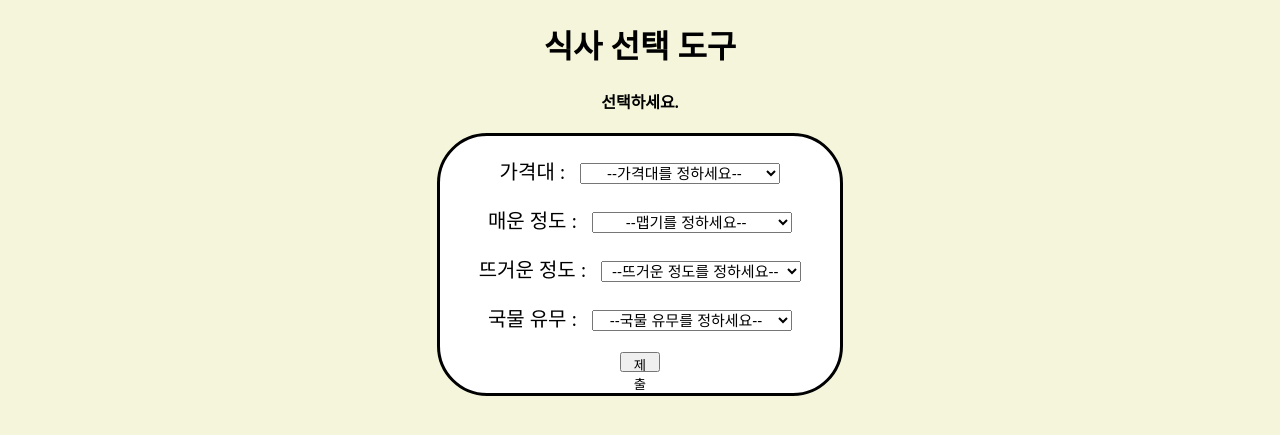
Repository: kimgh06/JavaWeb
Page: http://localhost/what/
An editor plug-in stored every save of this project. The page is shown before and after the next save, followed by the edit.
The browser window is 1280 px wide. The pictures show the whole page.
The page is served by Tomcat 9. Other server files are loaded and not shown.

Above is the page before, as saved 2022-11-04 01:20:08.

### what/src/main/webapp/index.jsp
<%@ page language="java" contentType="text/html; charset=EUC-KR"
	pageEncoding="EUC-KR"%>
<!DOCTYPE html>
<html>
<head>
<meta charset="EUC-KR">
<title>식사 선택 도구</title>
<link href="./main.css?after" rel="stylesheet" type="text/css">
</head>
<body>
	<div id="main">
		<h1>식사 선택 도구</h1>
		<div>
		<b>선택하세요.</b>
		</div>
		<form id="form">
			<div>
				<label>가격대 :</label> <select>
					<option value="-1">--가격대를 정하세요--</option>
					<option value="1">8000원 이하</option>
					<option value="2">13000원 이하</option>
					<option value="3">18000원 이하</option>
					<option value="4">23000원 이하</option>
					<option value="5">23000원 이상</option>
				</select>
			</div>
			<div>
				<label>매운 정도 :</label> <select>
					<option value="-1">--맵기를 정하세요--</option>
					<option value="하">맵지 않음</option>
					<option value="중">적당히 매움</option>
					<option value="상">매움</option>
				</select>
			</div>
			<div>
				<label>뜨거운 정도 :</label> <select>
					<option value="-1">--뜨거운 정도를 정하세요--</option>
					<option value="하">뜨겁지 않음</option>
					<option value="중">따뜻함</option>
					<option value="상">뜨거움</option>
				</select>
			</div>
			<div>
				<label>국물 유무 :</label> <select>
					<option value="-1">--국물 유무를 정하세요--</option>
					<option value="0">없음</option>
					<option value="1">있음</option>
				</select>
			</div>
			<button>제출</button>
		</form>
	</div>
</body>
</html>

### what/src/main/webapp/main.css
@CHARSET "UTF-8";

body{
	background-color: beige;
}

#main{
	text-align: center;
	display: block;
}

#main div{
	margin:20px;
}

#form{
	background-color:white;
	width: 400px;
	display: block;
	border: 3px solid black;
	border-radius: 50px;
	margin:auto;
}

#form div{
	font-size: 20px;
	margin-bottom: 20px;
}

#form div select{
	text-align:center;
	margin-left: 10px;
	width:200px;
	font-size: 15px;
}

#form button{
	height: 20px;
	width: 40px;
}

After the next save:
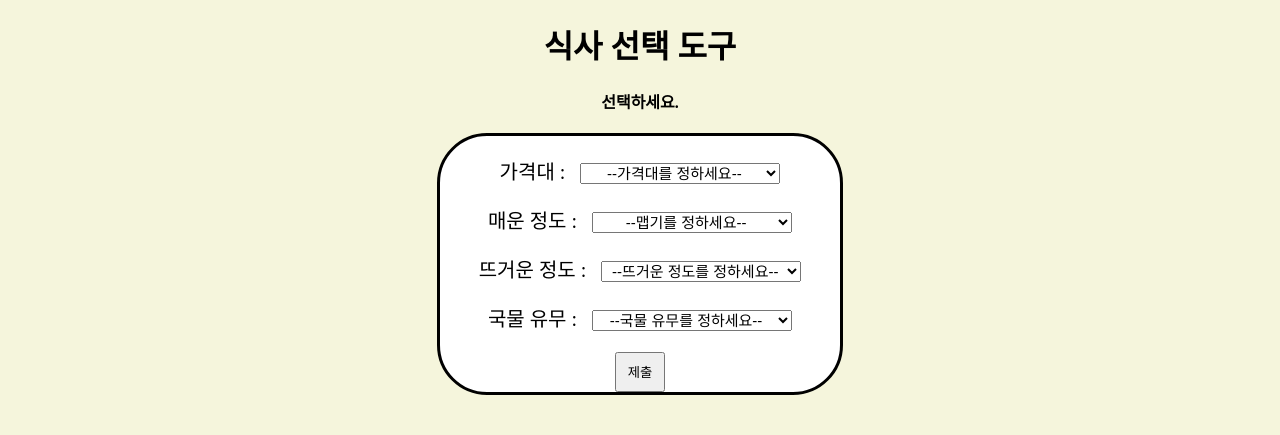
Saved 12 s later.
--- a/what/src/main/webapp/main.css
+++ b/what/src/main/webapp/main.css
@@ -35,6 +35,6 @@ body{
 }
 
 #form button{
-	height: 20px;
-	width: 40px;
+	height: 40px;
+	width: 50px;
 }
